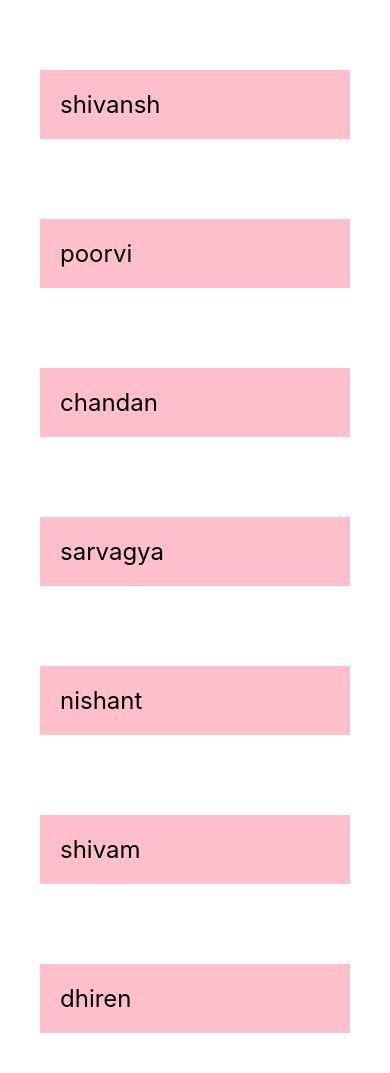
Repository: shiv0403/React-native-tutorial
Screen: /
The author's editor kept a copy of each file at every save. The screen is drawn from the files as they stood at one save, then again after the next save.
The app was drawn by React Native's web renderer in a window 390 px wide. The project was rebuilt for these pictures with package versions that can differ from the ones it lists, and the page was loaded fresh each time.

Above is the screen before, as saved 2021-02-11 08:32:55.

### App.js
import React, { useState } from "react";
import {
  Button,
  SafeAreaView,
  StyleSheet,
  Text,
  TextInput,
  View,
} from "react-native";

export default function App() {
  const [people, setPeople] = useState([
    { name: "shivansh", key: "1" },
    { name: "poorvi", key: "2" },
    { name: "chandan", key: "3" },
    { name: "sarvagya", key: "4" },
    { name: "nishant", key: "5" },
    { name: "shivam", key: "6" },
    { name: "dhiren", key: "7" },
  ]);

  return (
    <View style={styles.container}>
      {people.map((item) => {
        return (
          <View key={item.key}>
            <Text style={styles.text}>{item.name}</Text>
          </View>
        );
      })}
    </View>
  );
}

const styles = StyleSheet.create({
  container: {
    flex: 1,
    backgroundColor: "#fff",
    marginTop: 30,
    // alignItems: "center",
    // justifyContent: "center",
  },
  text: {
    backgroundColor: "pink",
    padding: 20,
    margin: 40,
    fontSize: 24,
  },
});

After the next save:
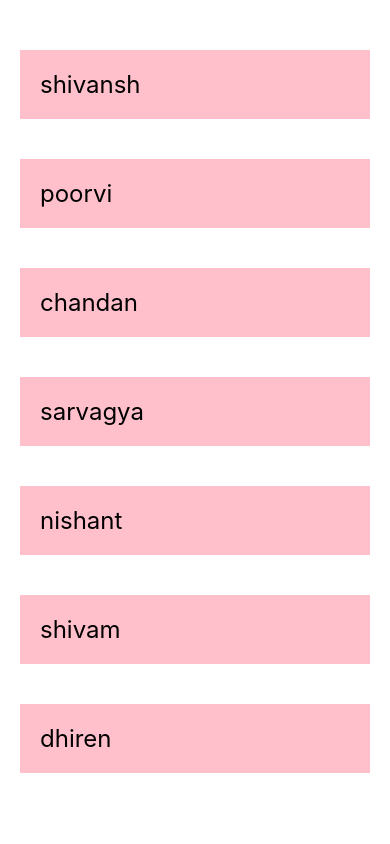
Saved 5 s later.
--- a/App.js
+++ b/App.js
@@ -43,7 +43,7 @@ const styles = StyleSheet.create({
   text: {
     backgroundColor: "pink",
     padding: 20,
-    margin: 40,
+    margin: 20,
     fontSize: 24,
   },
 });
